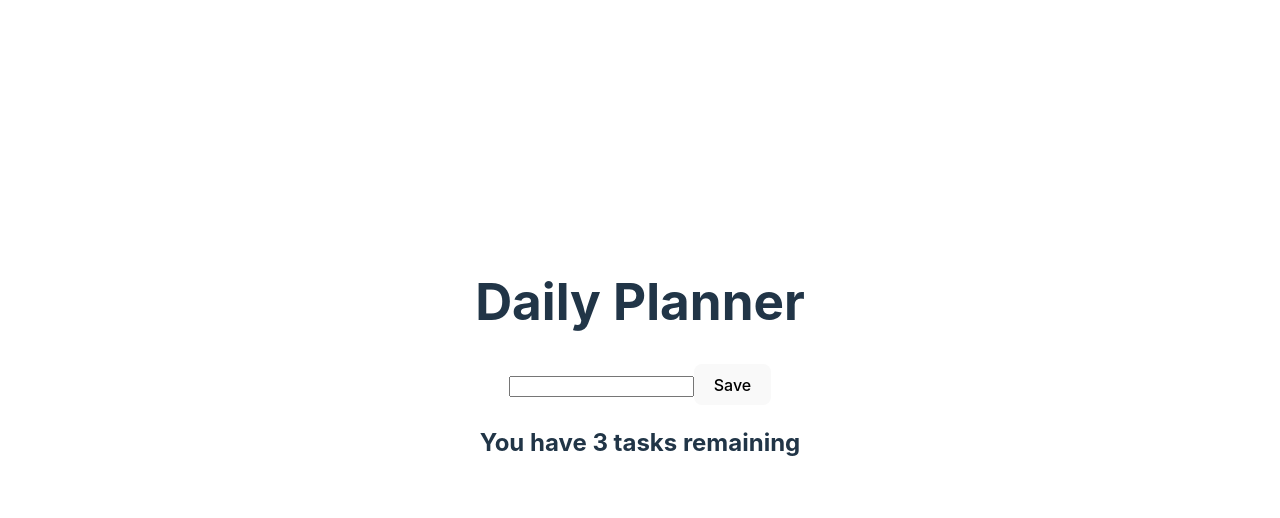
Repository: SamanthaYan298/my_planner
Page: /
An editor plug-in stored every save of this project. The page is shown before and after a run of saves, followed by the edit.
The browser window is 1280 px wide. The pictures show the whole page.
The project was rebuilt for these pictures with package versions that can differ from the ones it lists, and the page was loaded fresh each time. Also part of the build but not shown: vite.config.js.

Above is the page before, as saved 2024-10-07 16:47:33.

### src/App.jsx
import { useState } from 'react'
import './App.css'

function App() {

  return (
    <>
      <h1>Daily Planner</h1>
      <form>
        <input
          type="text"
        />
        <button>Save</button>
      </form>
      <h2>You have 3 tasks remaining</h2>
    </>
  )
}

export default App

Loaded but not shown: index.html (common file); src/main.jsx (common file); src/index.css (common file); src/App.css (common file)

After the next 2 saves:
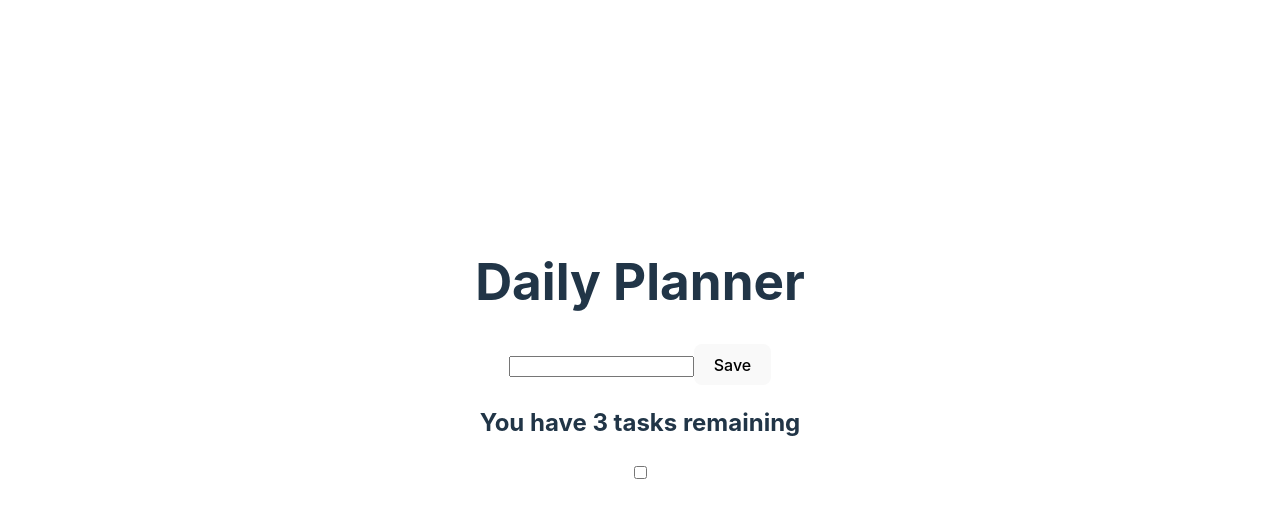
The 2 saves are shown as one change because 1 did not build or start.
The last was saved 5 min 30 s later.
--- a/src/App.jsx
+++ b/src/App.jsx
@@ -13,6 +13,10 @@ function App() {
         <button>Save</button>
       </form>
       <h2>You have 3 tasks remaining</h2>
+      <div>
+        <input type="checkbox" />
+        <p></p>
+      </div>
     </>
   )
 }
